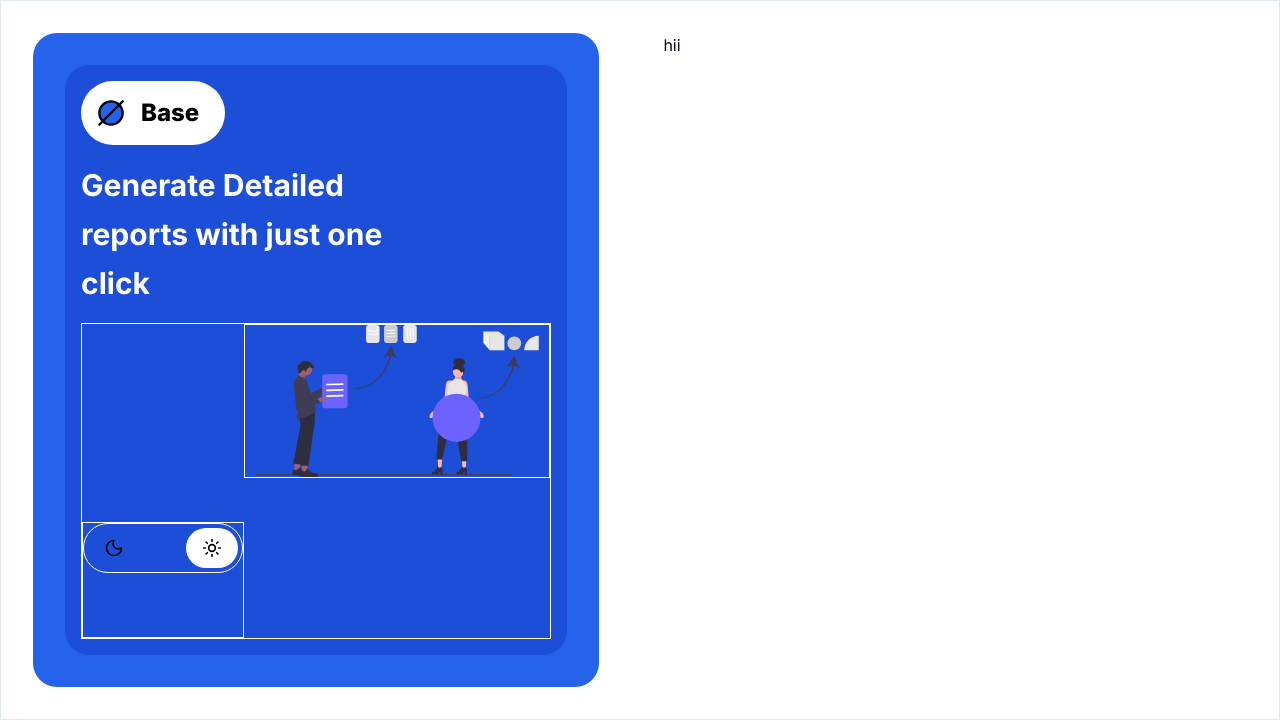
Repository: Hardyy00/openinapp_assignment
Page: /
The author's editor kept a copy of each file at every save. The page is drawn from the files as they stood at one save, then again after the next save.
The browser window is 1280 px wide. The pictures show the whole page.
The project was rebuilt for these pictures with package versions that can differ from the ones it lists, and the page was loaded fresh each time. The framework's server and built-in components were replaced by stand-ins that run in the browser. Also part of the build but not shown: next.config.mjs.

Above is the page before, as saved 2024-08-23 15:35:38.

### app/layout.tsx
import type { Metadata } from "next";
import { Inter } from "next/font/google";
import "./globals.css";
import { ThemeProvider } from "@/components/theme-provider";

const inter = Inter({ subsets: ["latin"] });

export const metadata: Metadata = {
  title: "Create Next App",
  description: "Generated by create next app",
};

export default function RootLayout({
  children,
}: Readonly<{
  children: React.ReactNode;
}>) {
  return (
    <html lang="en">
      <body className={inter.className}>
        <ThemeProvider
          attribute="class"
          defaultTheme="system"
          storageKey="base"
        >
          {children}
        </ThemeProvider>
      </body>
    </html>
  );
}

### app/(auth)/layout.tsx
import { ThemeToggle } from "@/components/theme-toggle";
import { CircleSlash2 } from "lucide-react";
import Image from "next/image";

export default function Layout({ children }: { children: React.ReactNode }) {
  return (
    <div className="w-full h-full border flex flex-col lg:flex-row">
      <div className="flex-[0.5] p-8">
        <div className="p-8 bg-blue-600 h-full rounded-3xl">
          <div className="p-4 bg-blue-700 h-full rounded-3xl flex flex-col gap-y-4 justify-between">
            <div className="p-4 flex items-center bg-white rounded-full w-[9rem] space-x-4">
              <CircleSlash2 className="stroke-white-600 fill-blue-600 h-7 w-7" />
              <h1 className="text-black font-extrabold text-2xl ">Base</h1>
            </div>

            <div className="w-[80%]">
              <p className="text-3xl font-bold text-wrap leading-relaxed text-white">
                Generate Detailed reports with just one click
              </p>
            </div>

            <div className=" flex h-[24rem] border border-white">
              <div className="flex-[0.3] self-end pb-16 border border-white">
                <ThemeToggle />
              </div>
              <div className="flex-1">
                <div className="h-[70%] h-[70%]">
                  <div className="border border-white relative h-[70%] ">
                    <Image src={"/auth.svg"} fill alt="svg" />
                  </div>
                </div>
              </div>
            </div>
          </div>
        </div>
      </div>

      <div>{children}</div>
    </div>
  );
}

### app/(auth)/page.tsx
export default function Page() {
  return (
    <div className="h-full p-8">
      <div className="">hii</div>
    </div>
  );
}

### components/theme-toggle.tsx
"use client";

import { Moon, Sun } from "lucide-react";
import { useTheme } from "next-themes";
import { Button } from "./ui/button";
import { cn } from "@/lib/utils";
import { useState } from "react";

export const ThemeToggle = () => {
  const { setTheme } = useTheme();
  const [on, setOn] = useState<String>("sun");

  const handleClick = (type: string) => {
    if (type === "sun") {
      setOn("sun");
      setTheme("light");
    } else {
      setOn("moon");
      setTheme("dark");
    }
  };

  return (
    <div className="w-[10rem] border border-white p-1 rounded-full">
      <div className="flex w-full items-center justify-between">
        <Button
          variant={"ghost"}
          className={cn(
            "p-4 rounded-[4rem]",
            on === "moon" && "bg-black text-white"
          )}
          onClick={() => handleClick("moon")}
        >
          <Moon className="h-5 w-5" />
        </Button>

        <Button
          variant={"ghost"}
          className={cn(
            "p-4 rounded-[4rem] hover:bg-white hover:text-black",
            on === "sun" && "bg-white text-black"
          )}
          onClick={() => handleClick("sun")}
        >
          <Sun className="h-5 w-5" />
        </Button>
      </div>
    </div>
  );
};

### components/ui/button.tsx
import * as React from "react";
import { Slot } from "@radix-ui/react-slot";
import { cva, type VariantProps } from "class-variance-authority";

import { cn } from "@/lib/utils";

const buttonVariants = cva(
  "inline-flex items-center justify-center whitespace-nowrap rounded-md text-sm font-medium ring-offset-background transition-colors focus-visible:outline-none focus-visible:ring-2 focus-visible:ring-ring focus-visible:ring-offset-2 disabled:pointer-events-none disabled:opacity-50",
  {
    variants: {
      variant: {
        primary: "bg-blue-600 text-primary-foreground",
        default: "bg-primary text-primary-foreground hover:bg-primary/90",
        destructive:
          "bg-destructive text-destructive-foreground hover:bg-destructive/90",
        outline:
          "border border-input bg-background hover:bg-accent hover:text-accent-foreground",
        secondary:
          "bg-secondary text-secondary-foreground hover:bg-secondary/80",
        ghost: "hover:bg-accent hover:text-accent-foreground",
        link: "text-primary underline-offset-4 hover:underline",
      },
      size: {
        default: "h-10 px-4 py-2",
        sm: "h-9 rounded-md px-3",
        lg: "h-11 rounded-md px-8",
        icon: "h-10 w-10",
      },
    },
    defaultVariants: {
      variant: "default",
      size: "default",
    },
  }
);

export interface ButtonProps
  extends React.ButtonHTMLAttributes<HTMLButtonElement>,
    VariantProps<typeof buttonVariants> {
  asChild?: boolean;
}

const Button = React.forwardRef<HTMLButtonElement, ButtonProps>(
  ({ className, variant, size, asChild = false, ...props }, ref) => {
    const Comp = asChild ? Slot : "button";
    return (
      <Comp
        className={cn(buttonVariants({ variant, size, className }))}
        ref={ref}
        {...props}
      />
    );
  }
);
Button.displayName = "Button";

export { Button, buttonVariants };

Loaded but not shown: app/globals.css (common file); components/theme-provider.tsx (common file); lib/utils.ts (common file); tailwind.config.ts (common file)

After the next save:
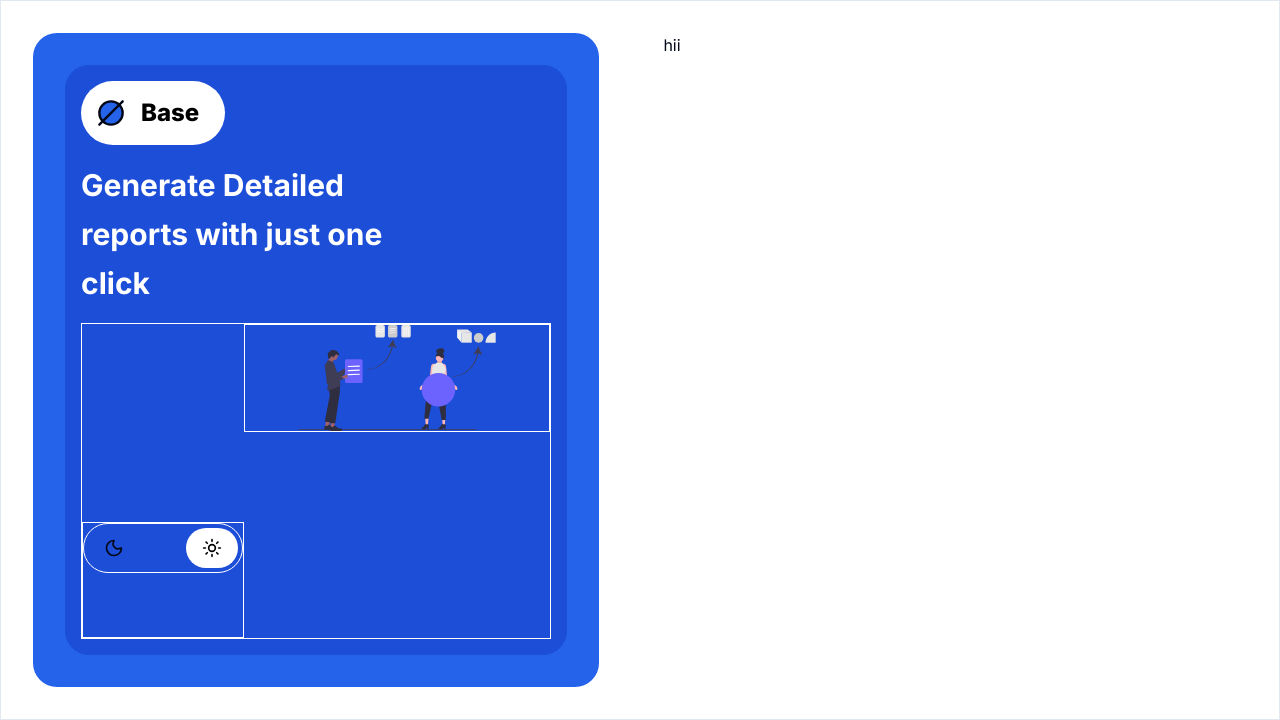
Saved 9 s later.
--- a/app/(auth)/layout.tsx
+++ b/app/(auth)/layout.tsx
@@ -23,8 +23,8 @@ export default function Layout({ children }: { children: React.ReactNode }) {
               <div className="flex-[0.3] self-end pb-16 border border-white">
                 <ThemeToggle />
               </div>
-              <div className="flex-1">
-                <div className="h-[70%] h-[70%]">
+              <div className="flex-1 h-[70%]">
+                <div className="h-[70%]">
                   <div className="border border-white relative h-[70%] ">
                     <Image src={"/auth.svg"} fill alt="svg" />
                   </div>
